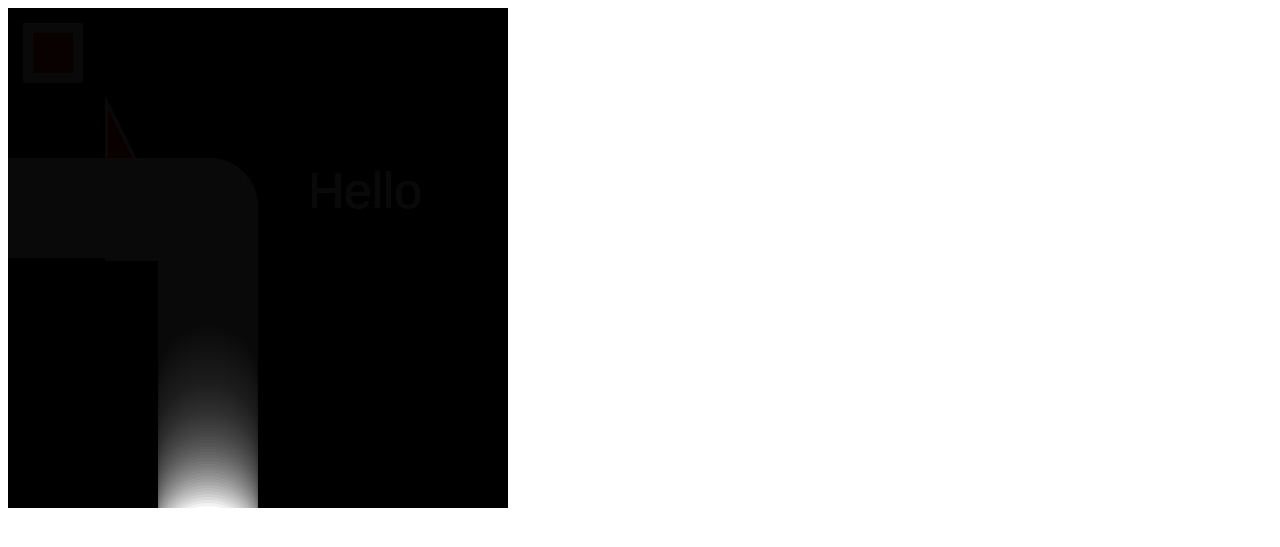
Repository: polymaze/rts-td
Page: canvas.html
The author's editor kept a record of every edit. The page is drawn from the files as they stood at one moment, then again after the next edit.
The browser window is 1280 px wide. The pictures show the whole page.

Above is the page before.

### canvas.html
<!DOCTYPE html>
<html lang="en">
<head>
  <meta charset="utf-8" />
  <title>Canvas Demo</title>
  <script>
    window.onload = function() {

      var canvas = document.getElementById("paper"),
        c = canvas.getContext("2d"),
        TWO_PI = Math.PI * 2;


      // make a box with decorations
      c.fillStyle = "black";
      c.fillRect(0, 0, canvas.width, canvas.height);

      c.fillStyle = "red";
      c.fillRect(20, 20, 50, 50);

      c.strokeStyle = "white";
      c.lineWidth = 10;
      c.strokeRect(20, 20, 50, 50);

      // create a line
      c.strokeStyle = "#7e9fc2";
      c.lineWidth = 5;  // shrink the line

      // animate a line
      c.beginPath();
      c.moveTo(100, 100);  // picking up a pen and drop it on a location
      c.lineTo(150, 200);  // draw a line to this point
      c.lineTo(200, 300); // continue the line
      c.lineTo(200, 250);
      c.lineTo(100, 250);
      c.closePath(); // closes shape
      c.stroke();  // call the stroke function to see the line
      c.fill();

      // draw text
      c.fillStyle = "white";
      c.font = "50px Helvetica";
      c.fillText("Hello", 300, 200);

      // draw an arc
      c.beginPath();
      c.arc(200, 340, 50, 0, TWO_PI, false);
      c.fill();

      /* draw an arc (circle)
      c.fillStyle = "blue";
      c.beginPath();
      c.arc(400, 400, 50, 0, TWO_PI, false);
      c.fill();
      */

      // animations
      var posX = 0,
          posY = 200;
      setInterval(function(){

        posX += 4;

        if (posX > 200){
          posY += 3;
          posX = 200;
        }

        c.fillStyle = "rgba(0,0,0,0.05)";
        c.fillRect(0, 0, canvas.width, canvas.height);

        c.fillStyle = "white";
        c.beginPath();
        c.arc(posX, posY, 50, 0, TWO_PI, false);
        c.fill();

      }, 30);

    }
  </script>
  <style>
  </style>
</head>
<body>

  <canvas id="paper" width="500" height="500"></canvas>

</body>
</html>

After the next edit:
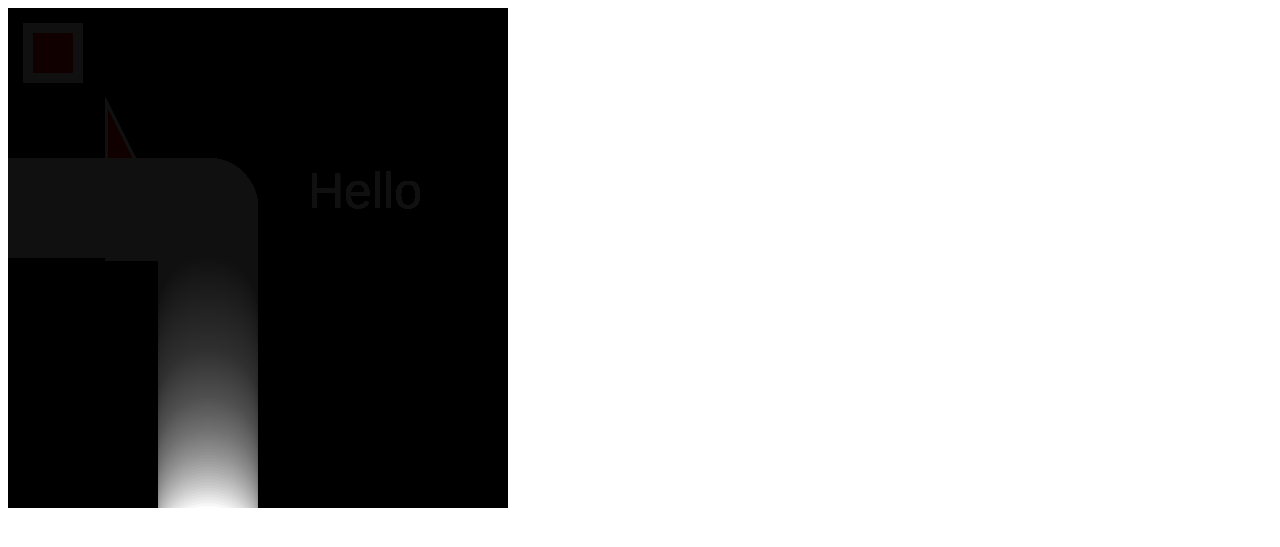
The edit:
--- a/canvas.html
+++ b/canvas.html
@@ -66,7 +66,7 @@
           posX = 200;
         }
 
-        c.fillStyle = "rgba(0,0,0,0.05)";
+        c.fillStyle = "rgba(0,0,0,0.03)";
         c.fillRect(0, 0, canvas.width, canvas.height);
 
         c.fillStyle = "white";
